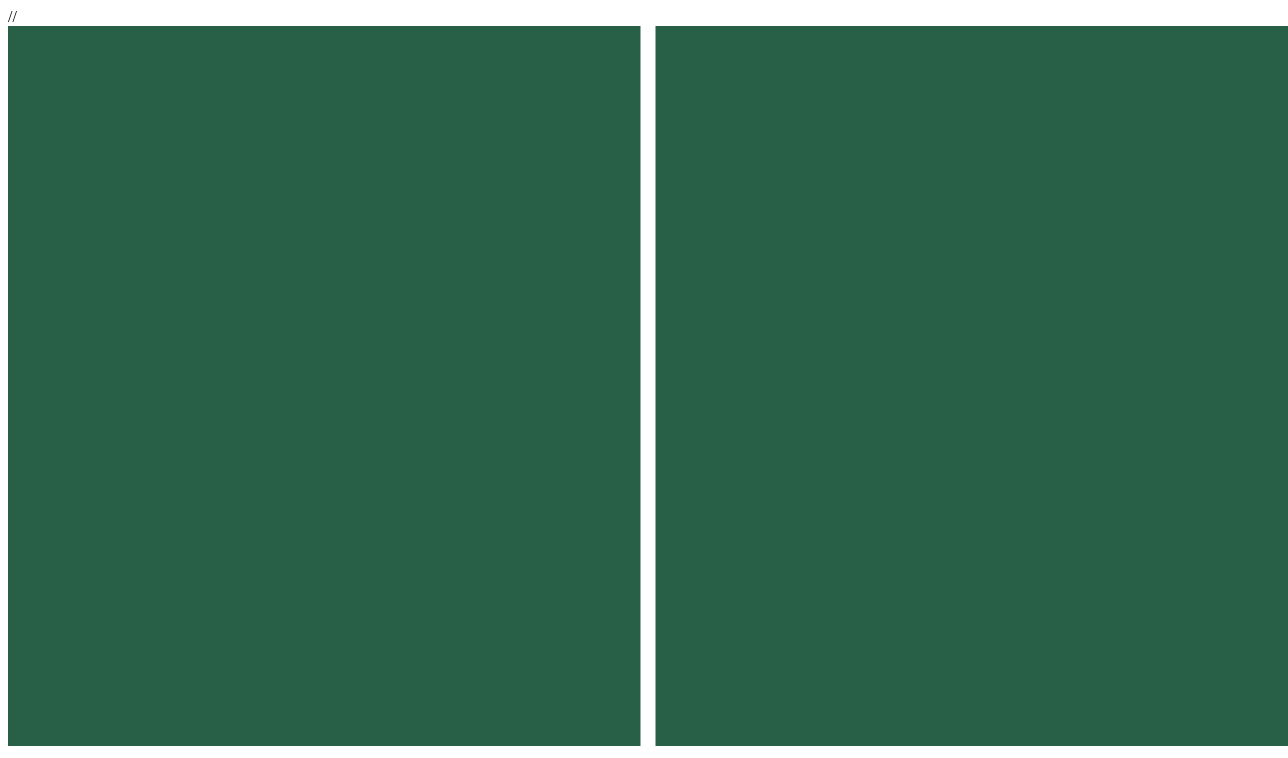
Repository: AkirahCarvalho/ping_pong
Page: index.html
These files come from the project's save history. The page is drawn as it stood at one moment and after a run of saves; the edit follows.
The browser window is 1280 px wide. The page is 1288 px wide, so the pictures cover 1288 px, including what lies to the right of the window. The pictures show the whole page.

Above is the page before, as saved 2024-03-26 15:50:21.
Not found: style.css

### index.html
<!DOCTYPE html>
<html lang="en">
<head>
    <meta charset="UTF-8">
    <meta name="viewport" content="width=device-width, initial-scale=1.0">
    <title>PING PONG</title>
    <link rel="icon" href="imagem/pinpong.png">
   // <link rel="stylesheet" href="style.css">
</head>
<body>
    <canvas>

    </canvas>
    <script>
        const canvasEl = document.querySelector("canvas"),
         canvasCtx = canvasEl.getContext("2d")

         const lineWidth=15

        function setup(){ //roda o elemento
            canvasEl.width = canvasCtx.width = window.innerWidth
            canvasEl.height = canvasCtx.height = window.innerHeight
        }

        function draw(){
            canvasCtx.fillStyle="#286047"
            canvasCtx.fillRect(0,0, window.innerWidth, window.innerHeight)

            canvasCtx.fillStyle="#ffffff"

            const x=window.innerWidth / 2 - lineWidth / 2
            const y=0
            const w=lineWidth
            const h=window.innerHeight

            canvasCtx.fillRect(x, y, w, h)
        }

        setup()
        draw()
    </script>
</body>
</html>

After the next 3 saves:
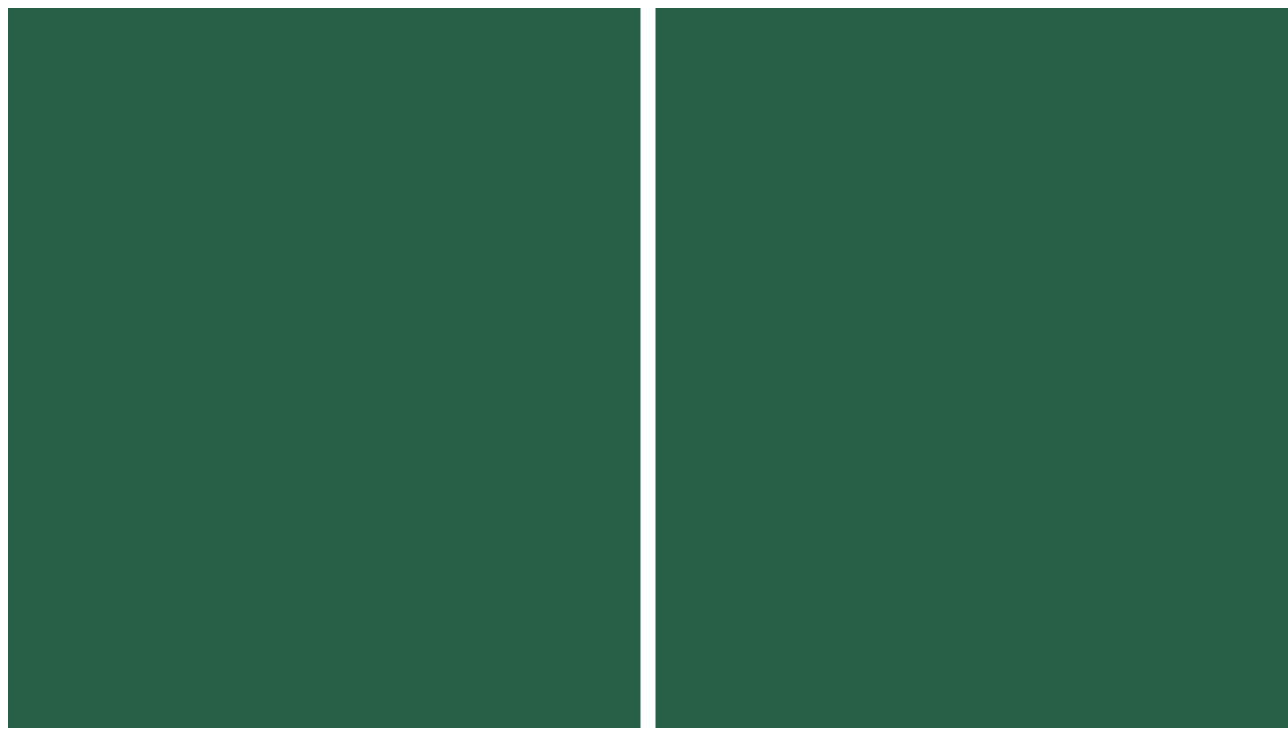
The 3 saves are shown as one change because they came seconds apart.
The last was saved 8 s later.
--- a/index.html
+++ b/index.html
@@ -5,7 +5,7 @@
     <meta name="viewport" content="width=device-width, initial-scale=1.0">
     <title>PING PONG</title>
     <link rel="icon" href="imagem/pinpong.png">
-   // <link rel="stylesheet" href="style.css">
+    <link rel="stylesheet" href="style.css">
 </head>
 <body>
     <canvas>
